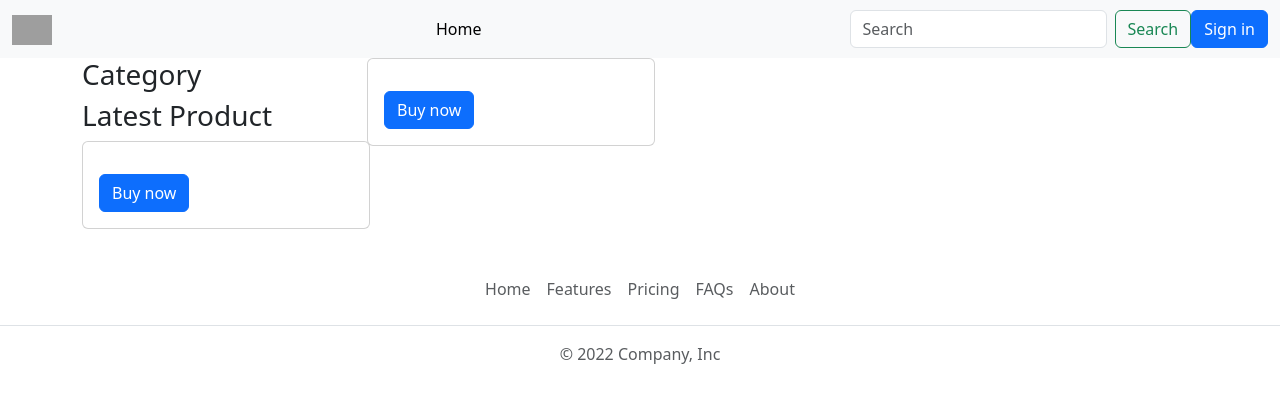
Repository: nguyenducviet22/my-project
Page: http://localhost/Test/detail.jsp
The author's editor kept a copy of each file at every save. The page is drawn from the files as they stood at one save, then again after the next save.
The browser window is 1280 px wide. The pictures show the whole page.
Pictures or frames that could not be fetched are drawn as grey boxes. The page is served by Tomcat 9. Nobody is signed in. The application's start-up code is not run. Other server files are loaded and not shown. The template is opened directly, without the code that normally fills it, so the values that code supplies are empty.

Above is the page before, as saved 2023-03-14 05:57:14.

### Test/src/main/webapp/detail.jsp
<%@ page language="java" contentType="text/html; charset=UTF-8"
	pageEncoding="UTF-8"%>
<%@ taglib prefix="c" uri="http://java.sun.com/jsp/jstl/core"%>
<!DOCTYPE html>
<html>
<head>
<meta charset="UTF-8">
<title>Online</title>
<link
	href="https://cdn.jsdelivr.net/npm/bootstrap@5.3.0-alpha1/dist/css/bootstrap.min.css"
	rel="stylesheet"
	integrity="sha384-GLhlTQ8iRABdZLl6O3oVMWSktQOp6b7In1Zl3/Jr59b6EGGoI1aFkw7cmDA6j6gD"
	crossorigin="anonymous">
<script
	src="https://cdn.jsdelivr.net/npm/@popperjs/core@2.11.6/dist/umd/popper.min.js"
	integrity="sha384-oBqDVmMz9ATKxIep9tiCxS/Z9fNfEXiDAYTujMAeBAsjFuCZSmKbSSUnQlmh/jp3"
	crossorigin="anonymous"></script>
<script
	src="https://cdn.jsdelivr.net/npm/bootstrap@5.3.0-alpha1/dist/js/bootstrap.min.js"
	integrity="sha384-mQ93GR66B00ZXjt0YO5KlohRA5SY2XofN4zfuZxLkoj1gXtW8ANNCe9d5Y3eG5eD"
	crossorigin="anonymous"></script>
</head>
<body>
	<!-- Narvar -->
	<%@include file="header.jsp"%>
	<!-- End Narvar -->

	<!-- Page content -->
	<div class="container">
		<div class="row">
			<!-- Menu left -->
			<%@include file="left.jsp"%>
			<!-- End menu left -->
			<div class="col-lg-9">
				<!-- Detailed Product -->
				<div class="col-lg-4 col-md-6 md-4">
					<div class="col-lg-6">
						<div class="card h-100" style="width: 18rem;">
							<img src="${detail.image }" class="card-img-top"
								alt="${detail.name }">
							<div class="col-lg-9">
								<div class="card-body">
									<h5 class="card-title">${detail.name }</h5>
									<p class="card-text">${detail.price }</p>
									<p class="card-text">${detail.title }</p>
									<p class="card-text">${detail.description }</p>
									<a href="#" class="btn btn-primary">Buy now</a>
								</div>
							</div>
						</div>
					</div>
				</div>
				<!-- End Detailed Product -->
			</div>
		</div>
	</div>
	<!-- Footer -->
	<%@include file="footer.jsp"%>
	<!-- End Footer -->
</body>
</html>

### Test/src/main/webapp/header.jsp
<%@ page language="java" contentType="text/html; charset=UTF-8"
	pageEncoding="UTF-8"%>
<%@ taglib prefix="c" uri="http://java.sun.com/jsp/jstl/core"%>
<!-- Narvar -->
<nav class="navbar navbar-expand-lg bg-body-tertiary">
	<div class="container-fluid">
		<a class="navbar-brand" href="#"> <img alt="Fashion"
			src="https://tse4.mm.bing.net/th?id=OIP.ZbP3SFRdKs9-9OwxsS1ymQHaHa&pid=Api&P=0"
			style="width: 10%">
		</a>
		<button class="navbar-toggler" type="button" data-bs-toggle="collapse"
			data-bs-target="#navbarSupportedContent"
			aria-controls="navbarSupportedContent" aria-expanded="false"
			aria-label="Toggle navigation">
			<span class="navbar-toggler-icon"></span>
		</button>
		<div class="collapse navbar-collapse" id="navbarSupportedContent">
			<ul class="navbar-nav me-auto mb-2 mb-lg-0">
				<li class="nav-item"><a class="nav-link active"
					aria-current="page" href="home">Home</a></li>
				<c:if test="${account.isAdmin == 1 }">
					<li class="nav-item"><a class="nav-link active"
						aria-current="page" href="#">Admin</a></li>
				</c:if>
				<c:if test="${account.isSell == 1 }">
					<li class="nav-item"><a class="nav-link active"
						aria-current="page" href="seller">Seller</a></li>
				</c:if>
			</ul>
			<form action="search" method="post" class="d-flex" role="search">
				<input class="form-control me-2" type="search" placeholder="Search"
					aria-label="Search" name="txt" value="${searchValue}">
				<button class="btn btn-outline-success" type="submit">Search</button>
				<c:if test="${account == null }">
					<a class="btn btn-primary" style="white-space: nowrap;"
						href="signIn.jsp">Sign in</a>
				</c:if>
				<c:if test="${account != null }">
					<div class="form-control ml-1">
						<!-- Dropdown -->
						<ul class="navbar-nav me-auto mb-2 mb-lg-0">
							<li class="nav-item dropdown dropstart"><a
								class="nav-link dropdown-toggle" href="#" role="button"
								data-bs-toggle="dropdown" aria-expanded="false">${account.username }'s
									account</a>
								<ul class="dropdown-menu">
									<li><a class="dropdown-item" href="#">My cart</a></li>
									<li><a class="dropdown-item" href="#">Notification</a></li>
									<li><a class="dropdown-item" href="changeInfo.jsp">Info</a></li>
									<li><a class="dropdown-item" href="changePassword.jsp">Change
											password</a></li>
									<li><hr class="dropdown-divider"></li>
									<li><a class="dropdown-item"
										href="account-controller?act=sign-out&">Sign out</a></li>
								</ul></li>
						</ul>
					</div>
				</c:if>
			</form>
		</div>
	</div>
</nav>
<!-- End Narvar -->

### Test/src/main/webapp/left.jsp
<%@ page language="java" contentType="text/html; charset=UTF-8"
	pageEncoding="UTF-8"%>
<%@ taglib prefix="c" uri="http://java.sun.com/jsp/jstl/core"%>
<!DOCTYPE html>
<html>
<head>
<meta charset="UTF-8">
<title>Insert title here</title>
</head>
<body>
	<div class="col-lg-3">
		<!-- Menu left -->
		<h3>Category</h3>
		<c:forEach items="${listC }" var="c">
			<a href="category?cateId=${c.cid}"
				class="list-group-item list-group-item-action">${c.cname }</a>
		</c:forEach>
		<!-- End menu left -->

		<!-- Last product -->
		<h3>Latest Product</h3>
			<div class="col-lg-4 col-md-6 md-4">
				<div class="card h-100" style="width: 18rem;">
					<img src="${latest.image }" class="card-img-top" alt="${latest.name }">
					<div class="card-body">
						<h5 class="card-title">
							<a href="detail?pid=${p.id}">${latest.name }</a>
						</h5>
						<p class="card-text">${latest.price }</p>
						<p class="card-text">${latest.title }</p>
						<p class="card-text">${latest.description }</p>
						<a href="#" class="btn btn-primary">Buy now</a>
					</div>
				</div>
			</div>
		<!-- End latest product -->
	</div>
</body>
</html>

### Test/src/main/webapp/footer.jsp
<%@ page language="java" contentType="text/html; charset=UTF-8"
	pageEncoding="UTF-8"%>
<!-- Footer -->
<footer class="py-3 my-4">
	<ul class="nav justify-content-center border-bottom pb-3 mb-3">
		<li class="nav-item"><a href="#" class="nav-link px-2 text-muted">Home</a></li>
		<li class="nav-item"><a href="#" class="nav-link px-2 text-muted">Features</a></li>
		<li class="nav-item"><a href="#" class="nav-link px-2 text-muted">Pricing</a></li>
		<li class="nav-item"><a href="#" class="nav-link px-2 text-muted">FAQs</a></li>
		<li class="nav-item"><a href="#" class="nav-link px-2 text-muted">About</a></li>
	</ul>
	<p class="text-center text-muted">© 2022 Company, Inc</p>
</footer>
<!-- End Footer -->

After the next save:
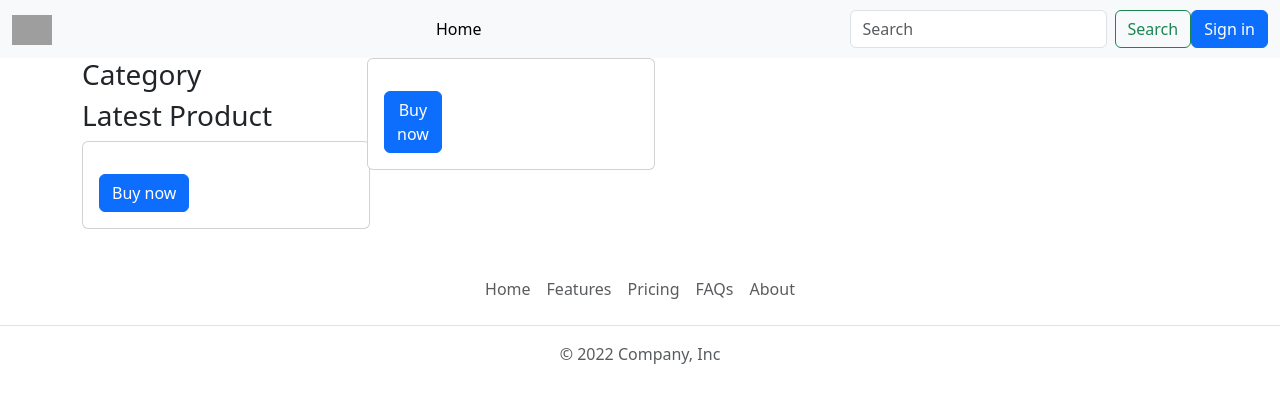
Saved 2 s later.
--- a/Test/src/main/webapp/detail.jsp
+++ b/Test/src/main/webapp/detail.jsp
@@ -38,7 +38,7 @@
 						<div class="card h-100" style="width: 18rem;">
 							<img src="${detail.image }" class="card-img-top"
 								alt="${detail.name }">
-							<div class="col-lg-9">
+							<div class="col-lg-3">
 								<div class="card-body">
 									<h5 class="card-title">${detail.name }</h5>
 									<p class="card-text">${detail.price }</p>
